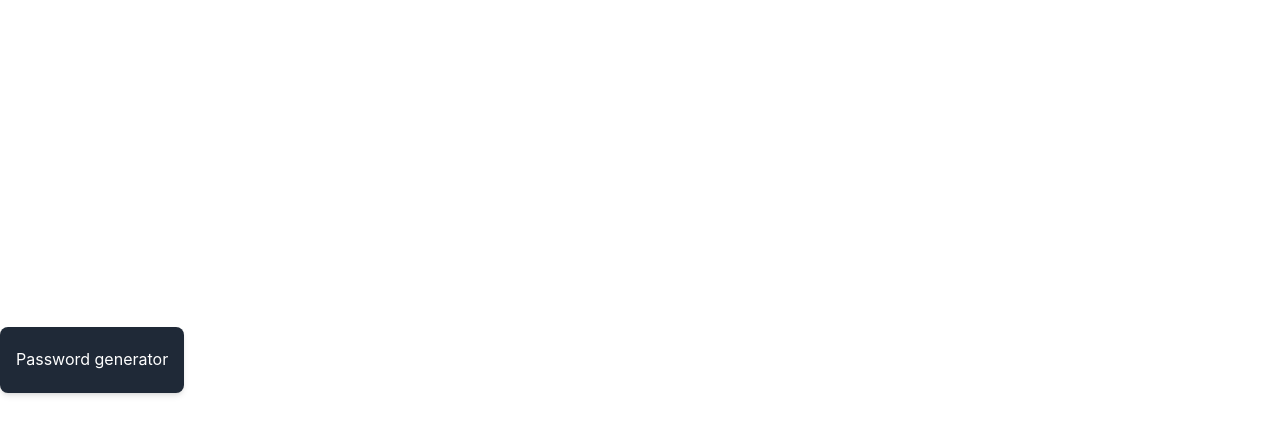
Repository: Adarshjeet0/ReactJs
Page: / (app in 05passwordGenerator/)
An editor plug-in stored every save of this project. The page is shown before and after the next save, followed by the edit.
The browser window is 1280 px wide. The pictures show the whole page.
The project was rebuilt for these pictures with package versions that can differ from the ones it lists, and the page was loaded fresh each time. Also part of the build but not shown: 05passwordGenerator/vite.config.js.

Above is the page before, as saved 2024-12-01 10:57:54.

### 05passwordGenerator/src/App.jsx
import { useState } from 'react'

import './App.css'

function App() {
  const [count, setCount] = useState(0)

  return (
    <>
      <div className="w-full max-w-md mx-auto shadow-md rounded-lg px-4 py-3 my-8 bg-gray-800 text-orange-500">
        <h1 className='text-white my-3'>Password generator</h1>
      </div>
    </>
  )
}

export default App

### 05passwordGenerator/src/App.css
@tailwind base;
@tailwind components;
@tailwind utilities;
/* #root {
  max-width: 1280px;
  margin: 0 auto;
  padding: 2rem;
  text-align: center;
}

.logo {
  height: 6em;
  padding: 1.5em;
  will-change: filter;
  transition: filter 300ms;
}
.logo:hover {
  filter: drop-shadow(0 0 2em #646cffaa);
}
.logo.react:hover {
  filter: drop-shadow(0 0 2em #61dafbaa);
}

@keyframes logo-spin {
  from {
    transform: rotate(0deg);
  }
  to {
    transform: rotate(360deg);
  }
}

@media (prefers-reduced-motion: no-preference) {
  a:nth-of-type(2) .logo {
    animation: logo-spin infinite 20s linear;
  }
}

.card {
  padding: 2em;
}

.read-the-docs {
  color: #888;
} */

Loaded but not shown: 05passwordGenerator/index.html (common file); 05passwordGenerator/src/main.jsx (common file); 05passwordGenerator/src/index.css (common file); 05passwordGenerator/tailwind.config.js (common file)

After the next save:
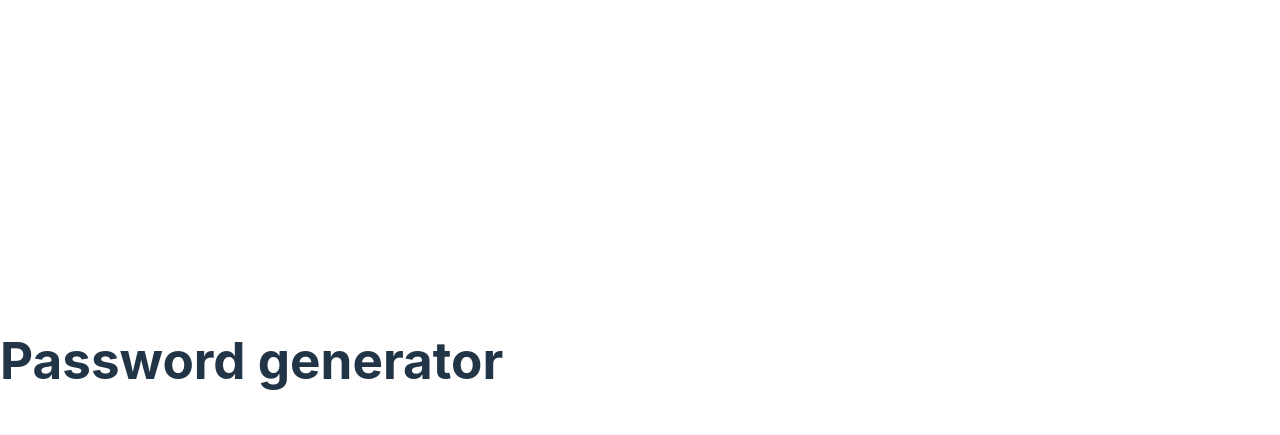
Saved 83 s later.
--- a/05passwordGenerator/src/App.jsx
+++ b/05passwordGenerator/src/App.jsx
@@ -1,6 +1,6 @@
 import { useState } from 'react'
 
-import './App.css'
+// import './App.css'
 
 function App() {
   const [count, setCount] = useState(0)
